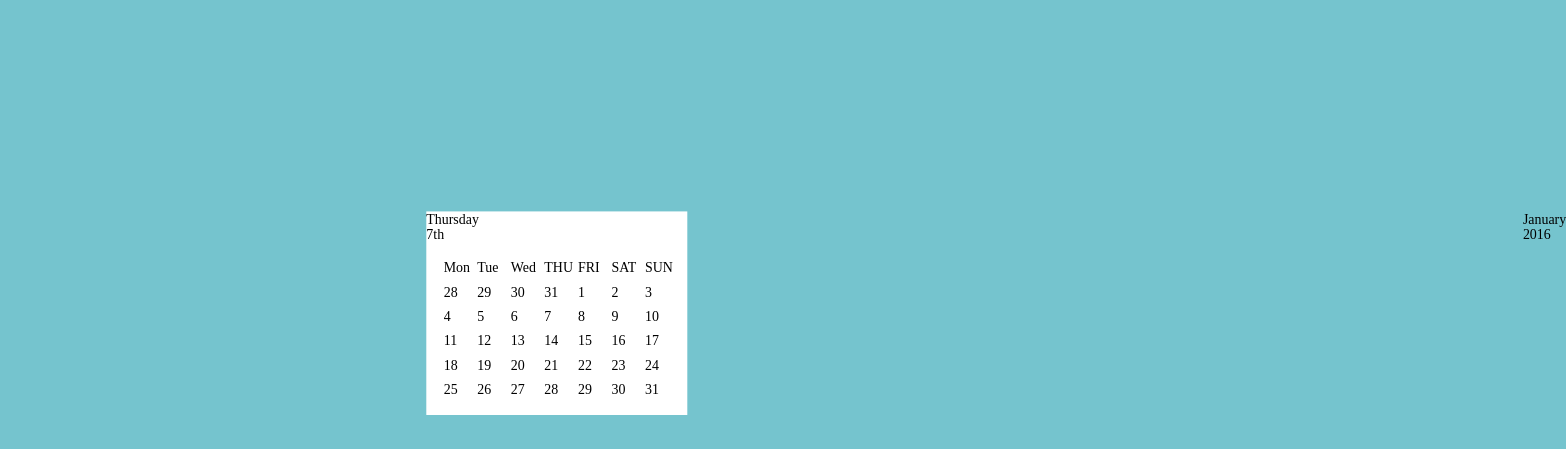
Repository: KYUUBI-K/HTML
Page: За 1 курс/Лаб 4/calendar.html
An editor plug-in stored every save of this project. The page is shown before and after the next save, followed by the edit.
The browser window is 1280 px wide. The page is 1800 px wide, then 1280 px, so the pictures cover 1800 px, including what lies to the right of the window. The pictures show the whole page, at 87% of full size.

Above is the page before, as saved 2021-03-30 13:29:43.

After the next save:
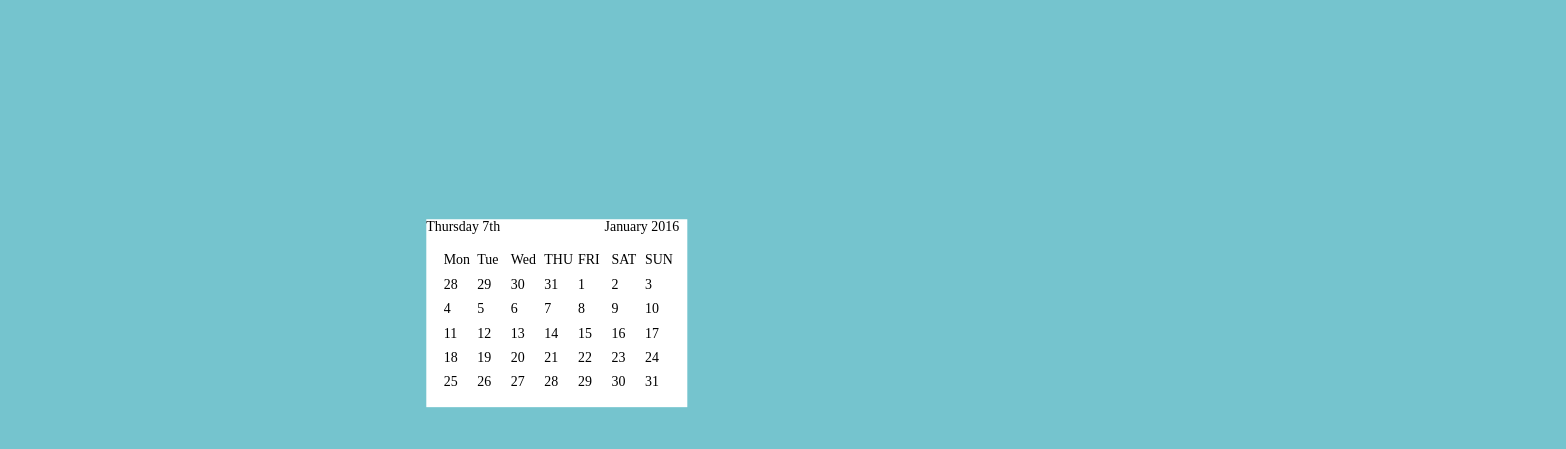
Saved 2 s later.
--- a/За 1 курс/Лаб 4/for_calend.css
+++ b/За 1 курс/Лаб 4/for_calend.css
@@ -22,5 +22,5 @@ body{
 }
 .today{
     display: flex;
-    grid-gap: 1200px;
+    grid-gap: 120px;
 }
